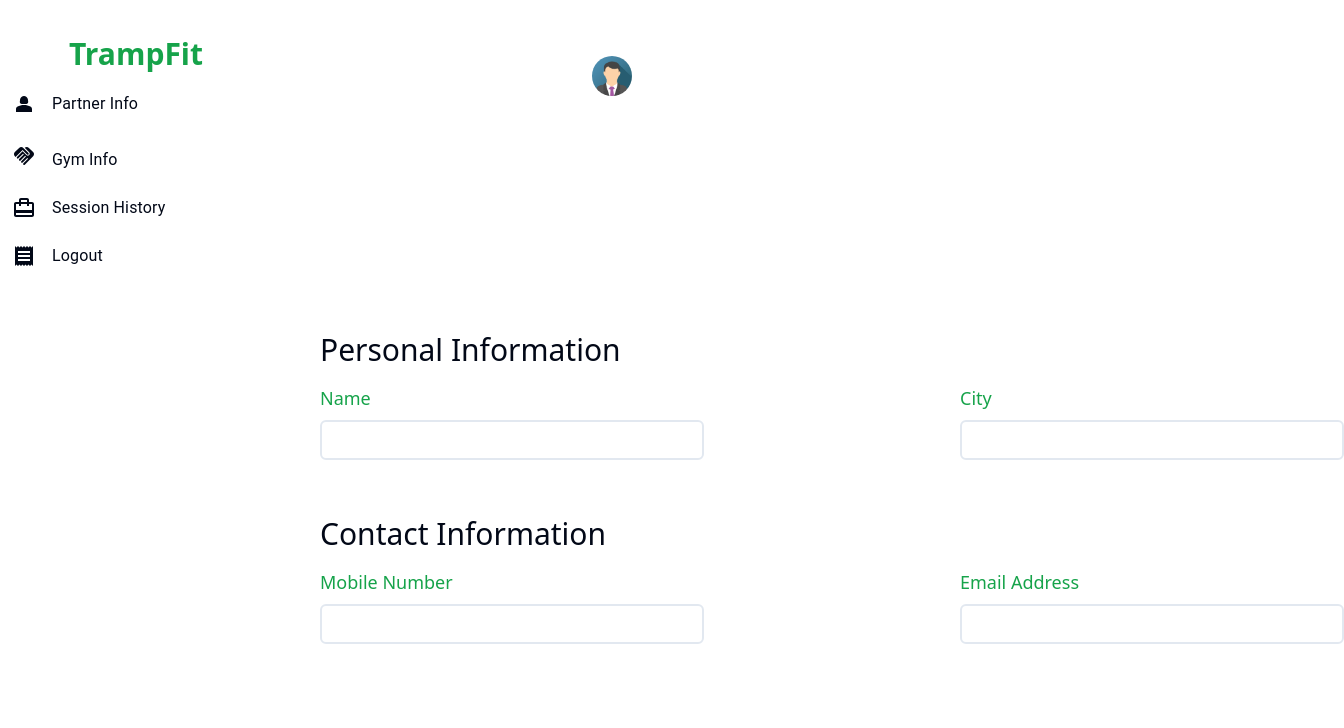
Repository: ezioxatul/TrampFit-Website
Page: /partner/partnerDashboard/partnerInfo (app in Frontend/)
An editor plug-in stored every save of this project. The page is shown before and after the next save, followed by the edit.
The browser window is 1280 px wide. The page is 1344 px wide, then 1312 px, then 1344 px, so the pictures cover 1344 px, including what lies to the right of the window. The pictures show the whole page.
The project was rebuilt for these pictures with package versions that can differ from the ones it lists, and the page was loaded fresh each time. The framework's server and built-in components were replaced by stand-ins that run in the browser. Also part of the build but not shown: Frontend/next.config.js, Frontend/next.config.mjs, Frontend/components/Loader.js, Frontend/components/Popup.js.

Above is the page before, as saved 2024-05-16 17:44:48.

### Frontend/pages/_app.js
import Loader from "@/components/Loader";
import "@/styles/globals.css";
import { useRouter } from "next/router";
import { useEffect, useState } from "react";


const Loading = () => {

  return (
    <Loader/>
  );
}

export default function App({ Component, pageProps }) {

  const [loading, setLoading] = useState(false);
  const router = useRouter();

  useEffect(() => {
    const handleStart = () => setLoading(true);
    const handleComplete = () => setLoading(false);

    router.events.on('routeChangeStart', handleStart);
    router.events.on('routeChangeComplete', handleComplete);
    router.events.on('routeChangeError', handleComplete);

    return () => {
      router.events.off('routeChangeStart', handleStart);
      router.events.off('routeChangeComplete', handleComplete);
      router.events.off('routeChangeError', handleComplete);
    };
  }, []);

  return (
    <>
    <div className="h-2">
      {
        loading  &&
          <Loading />

      }
      </div>
          <Component {...pageProps} />

    </>
  );
}

### Frontend/pages/_document.js
import { Html, Head, Main, NextScript } from "next/document";

export default function Document() {
  return (
    <Html lang="en">
          <Head />
          <body>
            <Main />
            <NextScript />
          </body>
        </Html>
        );
}

### Frontend/pages/partner/partnerDashboard/partnerInfo.js
import PartnerSideBar from "@/components/PartnerSideBar";
import { Avatar } from "@mui/material";
import { Input } from "@/components/ui/input";
import { Label } from "@/components/ui/label";
import { useEffect, useState } from "react";
import { useRouter } from "next/router";
import { ToastContainer, toast } from "react-toastify";

export default function partnerInfo() {
    const inputClassName = "w-96 text-lg border-2";
    const labelClassName = "text-lg text-green-600 font-normal";
    const containerClassName = "ml-80";

    return (
        <>
            <div className="flex flex-col min-h-screen">
                <div className="flex">
                    <PartnerSideBar />
                    <div className={`${containerClassName} mt-12 ml-8`}>
                        <Avatar className="w-36 h-36 text-6xl bg-black" src="/avtar.png" />
                    </div>
                </div>
                <div>
                    <h1 className={`${containerClassName} text-3xl mb-4`}>Personal Information</h1>
                    <div className={`${containerClassName} flex mb-10`}>
                        <div className="mr-32 space-y-2">
                            <Label htmlFor="name" className={labelClassName}>
                                Name
                            </Label>
                            <Input type="text" className={inputClassName} />
                        </div>
                        <div className="ml-32 space-y-2">
                            <Label htmlFor="city" className={labelClassName}>
                                City
                            </Label>
                            <Input type="text" className={inputClassName} />
                        </div>
                    </div>
                </div>
                <div>
                    <h1 className={`${containerClassName} text-3xl mb-4 mt-4`}>Contact Information</h1>
                    <div className={`${containerClassName} flex mb-10`}>
                        <div className="mr-32 space-y-2">
                            <Label htmlFor="name" className={labelClassName}>
                                Mobile Number
                            </Label>
                            <Input type="text" className={inputClassName} />
                        </div>
                        <div className="ml-32 space-y-2 mb-10">
                            <Label htmlFor="city" className={labelClassName}>
                                Email Address
                            </Label>
                            <Input type="text" className={inputClassName} />
                        </div>
                        <ToastContainer />
                    </div>
                </div>
            </div>
        </>
    );
}

### Frontend/styles/globals.css
@tailwind base;
@tailwind components;
@tailwind utilities;


@layer base {
  :root {
    --background: 0 0% 100%;
    --foreground: 222.2 84% 4.9%;

    --card: 0 0% 100%;
    --card-foreground: 222.2 84% 4.9%;

    --popover: 0 0% 100%;
    --popover-foreground: 222.2 84% 4.9%;

    --primary: 222.2 47.4% 11.2%;
    --primary-foreground: 210 40% 98%;

    --secondary: 210 40% 96.1%;
    --secondary-foreground: 222.2 47.4% 11.2%;

    --muted: 210 40% 96.1%;
    --muted-foreground: 215.4 16.3% 46.9%;

    --accent: 210 40% 96.1%;
    --accent-foreground: 222.2 47.4% 11.2%;

    --destructive: 0 84.2% 60.2%;
    --destructive-foreground: 210 40% 98%;

    --border: 214.3 31.8% 91.4%;
    --input: 214.3 31.8% 91.4%;
    --ring: 222.2 84% 4.9%;

    --radius: 0.5rem;
  }

  .dark {
    --background: 222.2 84% 4.9%;
    --foreground: 210 40% 98%;

    --card: 222.2 84% 4.9%;
    --card-foreground: 210 40% 98%;

    --popover: 222.2 84% 4.9%;
    --popover-foreground: 210 40% 98%;

    --primary: 210 40% 98%;
    --primary-foreground: 222.2 47.4% 11.2%;

    --secondary: 217.2 32.6% 17.5%;
    --secondary-foreground: 210 40% 98%;

    --muted: 217.2 32.6% 17.5%;
    --muted-foreground: 215 20.2% 65.1%;

    --accent: 217.2 32.6% 17.5%;
    --accent-foreground: 210 40% 98%;

    --destructive: 0 62.8% 30.6%;
    --destructive-foreground: 210 40% 98%;

    --border: 217.2 32.6% 17.5%;
    --input: 217.2 32.6% 17.5%;
    --ring: 212.7 26.8% 83.9%;
  }
}

@layer base {
  * {
    @apply border-border;
  }
  body {
    @apply bg-background text-foreground;
  }
}


.outline_remove:focus{


}
.focus-visible\:ring-offset-2:focus-visible{
  border:none !important;
  outline: none !important;
  border-style: none;
}

### Frontend/components/PartnerSideBar.js
import List from '@mui/material/List';
import ListItemButton from '@mui/material/ListItemButton';
import ListItemText from '@mui/material/ListItemText';
import Person2Icon from '@mui/icons-material/Person2';
import HandshakeIcon from '@mui/icons-material/Handshake';
import CardTravelIcon from '@mui/icons-material/CardTravel';
import ReceiptIcon from '@mui/icons-material/Receipt';
import LogoutIcon from '@mui/icons-material/Logout';

import { useState } from 'react';
import Link from 'next/link';
import Popup from './Popup';
import { useRouter } from 'next/router';

export default function PartnerSideBar() {

    let SideBarHeading = ['Partner Info', 'Gym Info', 'Session History', 'Logout'];

    let router = useRouter();
    let [start, setStart] = useState(false);

    const logout = () => {
        setStart(!start);
    }


    const logoutEvent = () => {
        localStorage.removeItem('partnerToken');
        setStart(false);
        router.push('/partner/partnerLogin')
    }
    return (
        <>
            <div className=" w-72  m-[-8px] p-1  mb-10">
                <Link href="#"><h1 className=' text-green-600 text-3xl font-semibold text-center mt-8 cursor-pointer'>TrampFit</h1></Link>

                <List className='bg-white mt-8 ml-6 space-y-2'>
                    {
                        SideBarHeading.map((text, index) => {
                            return (
                                index === 1 ?
                                    <>

                                        <ListItemButton className=' space-x-4 flex justify-between hover:bg-green-100 hover:rounded-2xl hover:text-green-600'>
                                            <Link href="#" className='flex space-x-4 '>
                                                <HandshakeIcon className='text-2xl' />
                                                <ListItemText primary={text} />
                                            </Link>
                                        </ListItemButton>

                                    </> :
                                    index === 0 ?
                                        <Link href="#">
                                            <ListItemButton className=' space-x-4 hover:bg-green-100 hover:rounded-2xl hover:text-green-600'>
                                                <Person2Icon className='text-2xl' />
                                                <ListItemText primary={text} />
                                            </ListItemButton>
                                        </Link> :
                                        index === 2 ?
                                            <Link href="#">
                                                <ListItemButton className=' space-x-4 hover:bg-green-100 hover:rounded-2xl hover:text-green-600'>
                                                    <CardTravelIcon className='text-2xl' />
                                                    <ListItemText primary={text} />
                                                </ListItemButton>
                                            </Link> :
                                            index === 3 ?
                                                <Link href="#">
                                                    <ListItemButton className=' space-x-4 hover:bg-green-100 hover:rounded-2xl hover:text-green-600'>
                                                        <ReceiptIcon className='text-2xl' />
                                                        <ListItemText primary={text} />
                                                    </ListItemButton>
                                                </Link> :
                                                <ListItemButton className=' space-x-4 hover:bg-green-100 hover:rounded-2xl hover:text-green-600' onClick={logout}>
                                                    <LogoutIcon className='text-2xl' />
                                                    <ListItemText primary={text} />
                                                    <Popup open={start} title={"Do you Really want to Logout?"} cancel="Cancel" logout="Logout" logoutEvent={logoutEvent} cancelEvent={logout} />
                                                </ListItemButton>
                            )
                        })
                    }
                </List>
            </div>
        </>
    );
}

### Frontend/tailwind.config.js
/** @type {import('tailwindcss').Config} */
module.exports = {
  darkMode: ["class"],
  content: [
    './pages/**/*.{js,jsx}',
    './components/**/*.{js,jsx}',
    './app/**/*.{js,jsx}',
    './src/**/*.{js,jsx}',
  ],
  prefix: "",
  theme: {
    container: {
      center: true,
      padding: "2rem",
      screens: {
        "2xl": "1400px",
      },
    },
    extend: {fontFamily: {
      play: ["Play", "sans-serif"],
    },
      colors: {
        border: "hsl(var(--border))",
        input: "hsl(var(--input))",
        ring: "hsl(var(--ring))",
        background: "hsl(var(--background))",
        foreground: "hsl(var(--foreground))",
        primary: {
          DEFAULT: "hsl(var(--primary))",
          foreground: "hsl(var(--primary-foreground))",
        },
        secondary: {
          DEFAULT: "hsl(var(--secondary))",
          foreground: "hsl(var(--secondary-foreground))",
        },
        destructive: {
          DEFAULT: "hsl(var(--destructive))",
          foreground: "hsl(var(--destructive-foreground))",
        },
        muted: {
          DEFAULT: "hsl(var(--muted))",
          foreground: "hsl(var(--muted-foreground))",
        },
        accent: {
          DEFAULT: "hsl(var(--accent))",
          foreground: "hsl(var(--accent-foreground))",
        },
        popover: {
          DEFAULT: "hsl(var(--popover))",
          foreground: "hsl(var(--popover-foreground))",
        },
        card: {
          DEFAULT: "hsl(var(--card))",
          foreground: "hsl(var(--card-foreground))",
        },
      },
      borderRadius: {
        lg: "var(--radius)",
        md: "calc(var(--radius) - 2px)",
        sm: "calc(var(--radius) - 4px)",
      },
      keyframes: {
        "accordion-down": {
          from: { height: "0" },
          to: { height: "var(--radix-accordion-content-height)" },
        },
        "accordion-up": {
          from: { height: "var(--radix-accordion-content-height)" },
          to: { height: "0" },
        },
      },
      animation: {
        "accordion-down": "accordion-down 0.2s ease-out",
        "accordion-up": "accordion-up 0.2s ease-out",
      },
    },
  },
  plugins: [require("tailwindcss-animate")],
}

Loaded but not shown: Frontend/components/ui/input.jsx (common file); Frontend/components/ui/label.jsx (common file); Frontend/lib/utils.js (common file)

After the next save:
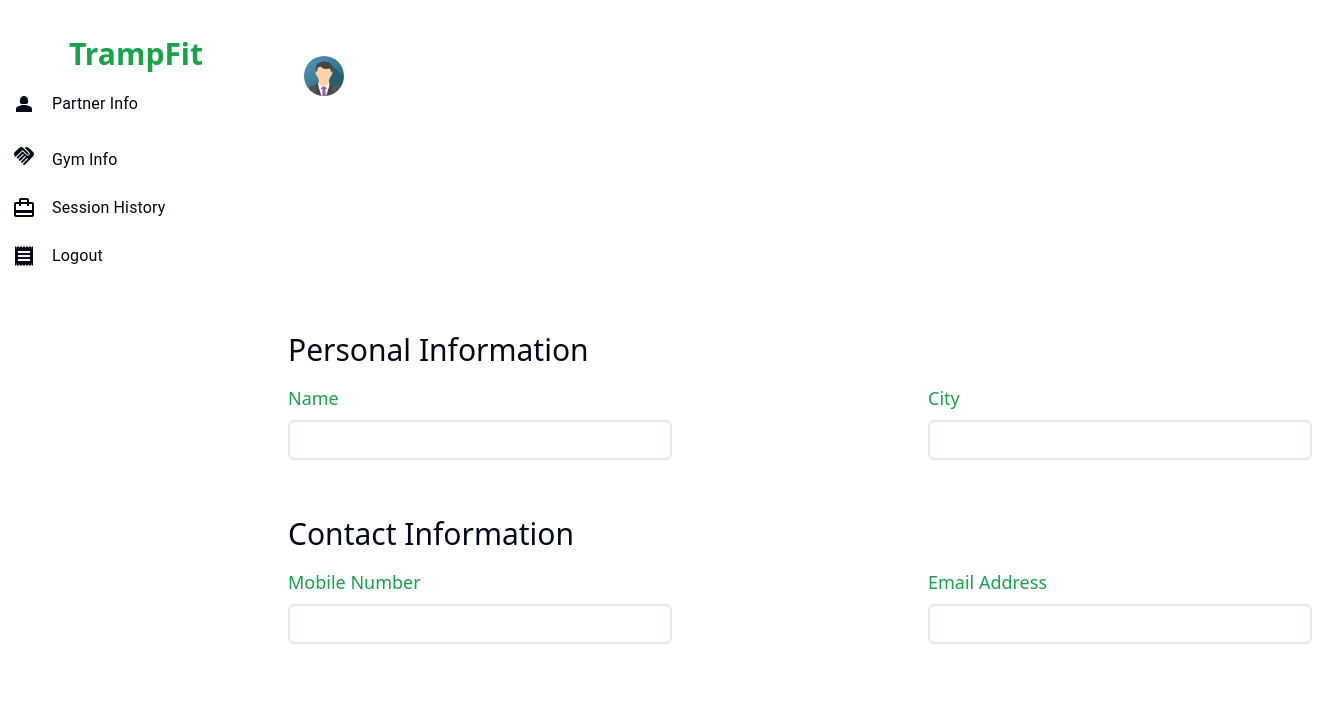
Saved 37 s later.
--- a/Frontend/pages/partner/partnerDashboard/partnerInfo.js
+++ b/Frontend/pages/partner/partnerDashboard/partnerInfo.js
@@ -9,7 +9,7 @@
 export default function partnerInfo() {
     const inputClassName = "w-96 text-lg border-2";
     const labelClassName = "text-lg text-green-600 font-normal";
-    const containerClassName = "ml-80";
+    const containerClassName = "ml-72";
 
     return (
         <>

After the save that followed:
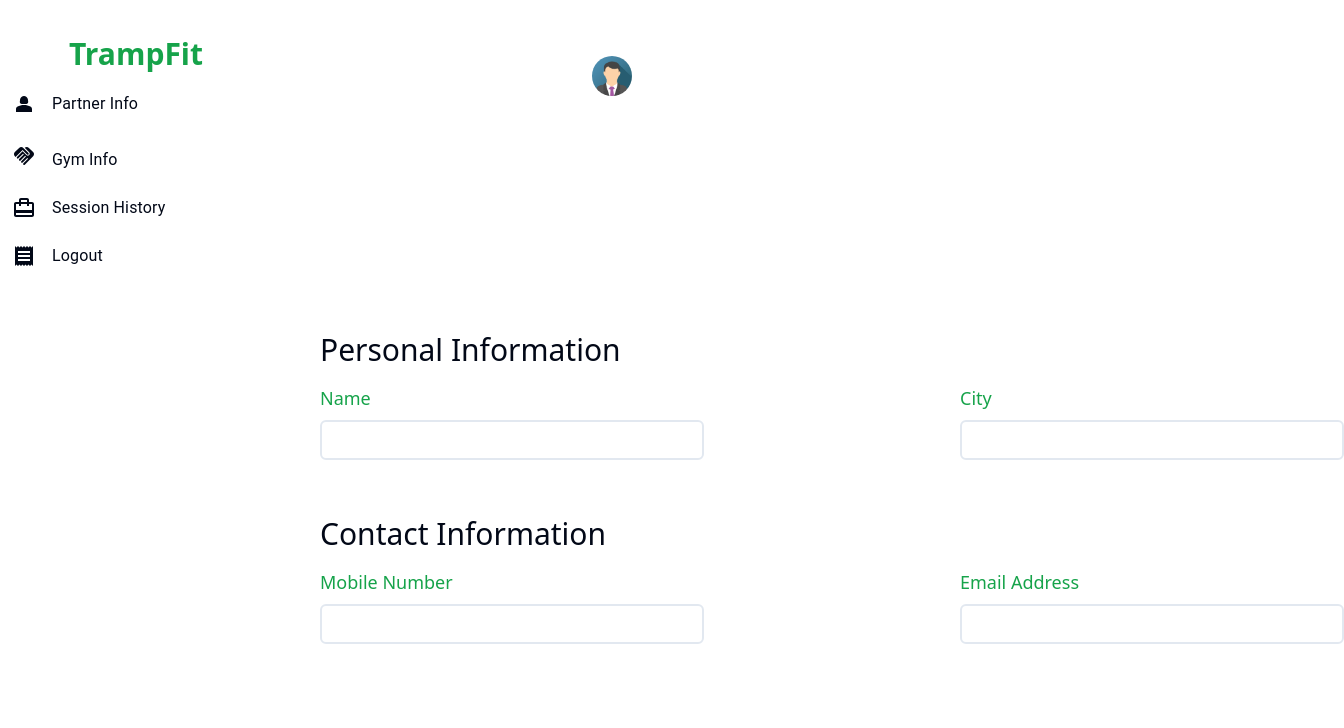
Saved 9 s later.
--- a/Frontend/pages/partner/partnerDashboard/partnerInfo.js
+++ b/Frontend/pages/partner/partnerDashboard/partnerInfo.js
@@ -9,7 +9,7 @@
 export default function partnerInfo() {
     const inputClassName = "w-96 text-lg border-2";
     const labelClassName = "text-lg text-green-600 font-normal";
-    const containerClassName = "ml-72";
+    const containerClassName = "ml-80";
 
     return (
         <>
